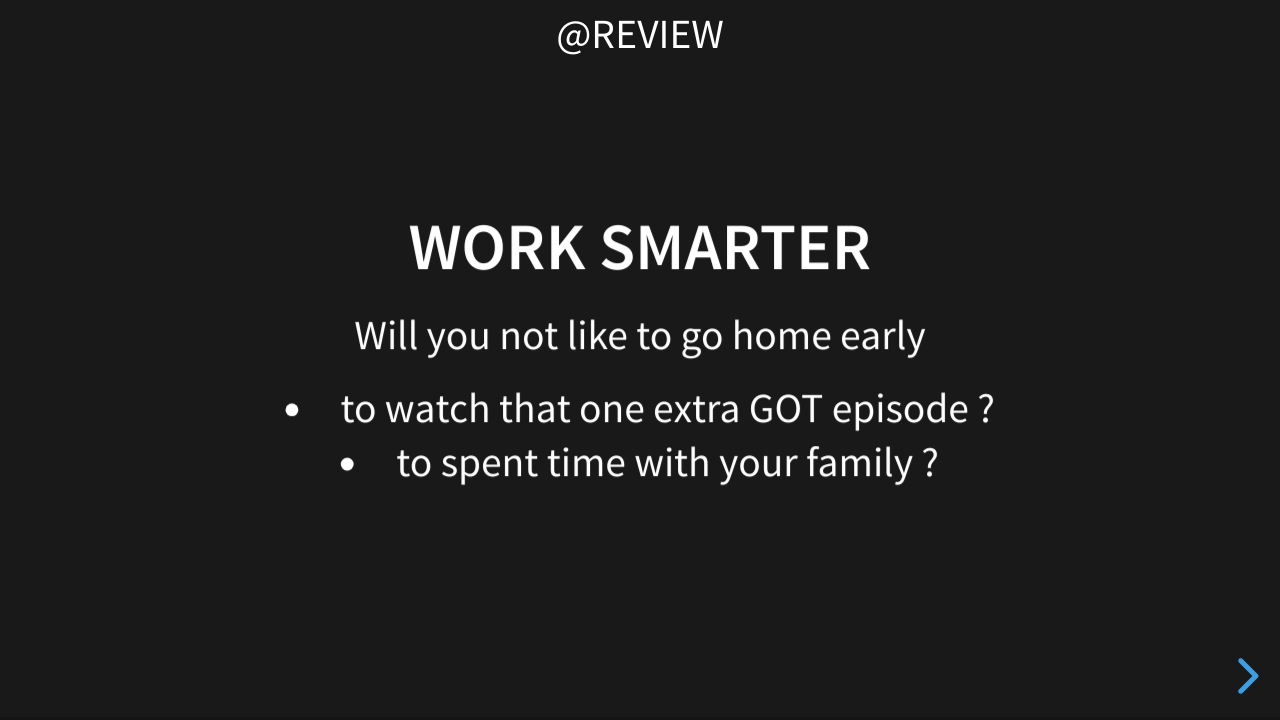
Repository: swapnilshrikhande/worksmarter
Page: index.html
An editor plug-in stored every save of this project. The page is shown before and after the next save, followed by the edit.
The browser window is 1280 px wide. The pictures show the whole page.

Above is the page before, as saved 2019-10-22 18:04:41.

After the next save:
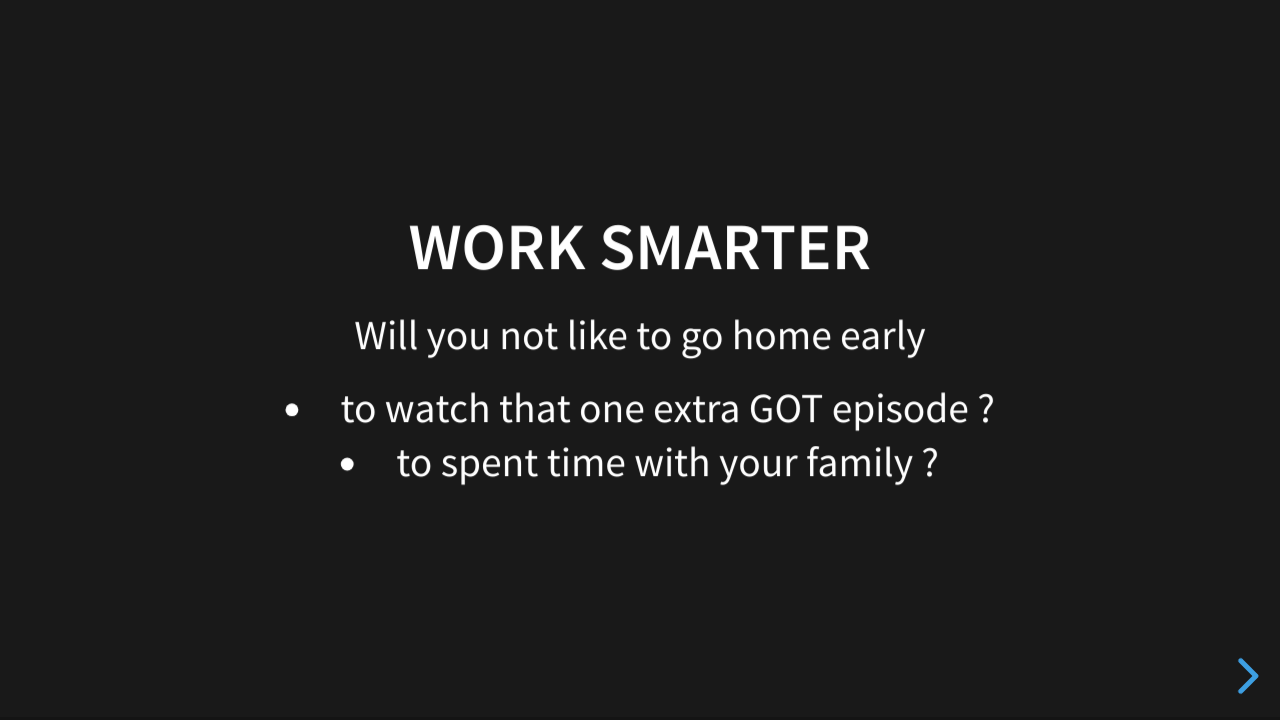
Saved 51 s later.
--- a/index.html
+++ b/index.html
@@ -121,7 +121,6 @@
 					</ul>
 				</section>
 
-				@REVIEW
 				<section>
 					<h2>Repeated Code</h2>
 					<ul>
